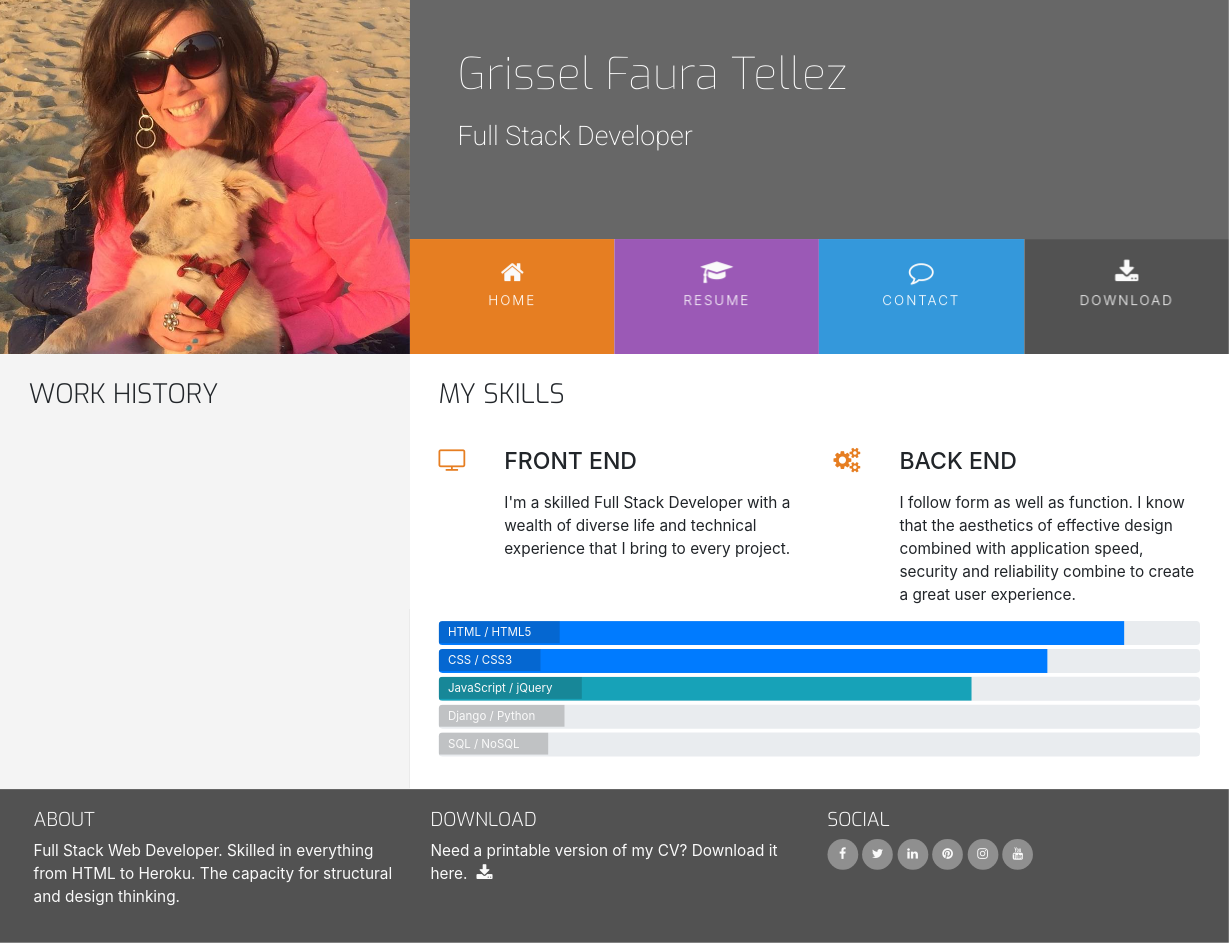
Repository: grisselfaura/Resume-Project-Introduction
Page: resume.html
The author's editor kept a record of every edit. The page is drawn from the files as they stood at one moment, then again after the next edit.
The browser window is 1280 px wide. The pictures show the whole page, at 96% of full size.

Above is the page before.

After the next edit:
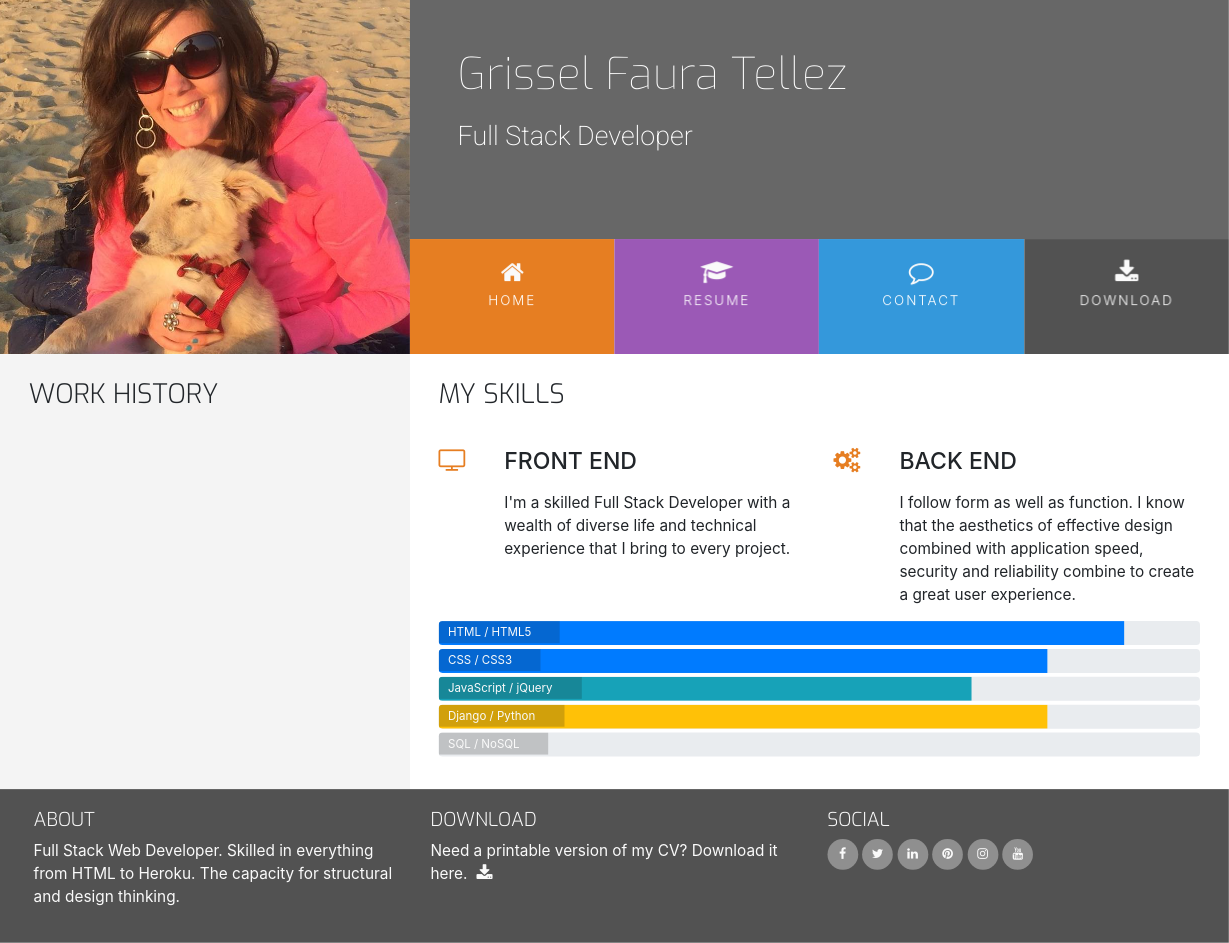
The edit:
--- a/resume.html
+++ b/resume.html
@@ -106,7 +106,7 @@
                             <span class="progress-type">JavaScript / jQuery</span>
                         </div>
                         <div class="progress">
-                            <div class="progress-bar bg-warning" role="progressbar" aria-valuenow="80" aria-valuemin="0" aria-valuemax="100" style:"width:80%;">
+                            <div class="progress-bar bg-warning" role="progressbar" aria-valuenow="80" aria-valuemin="0" aria-valuemax="100" style="width:80%;">
                                 <span class="sr-only">80% complete</span>
                             </div>
                             <span class="progress-type">Django / Python</span>
